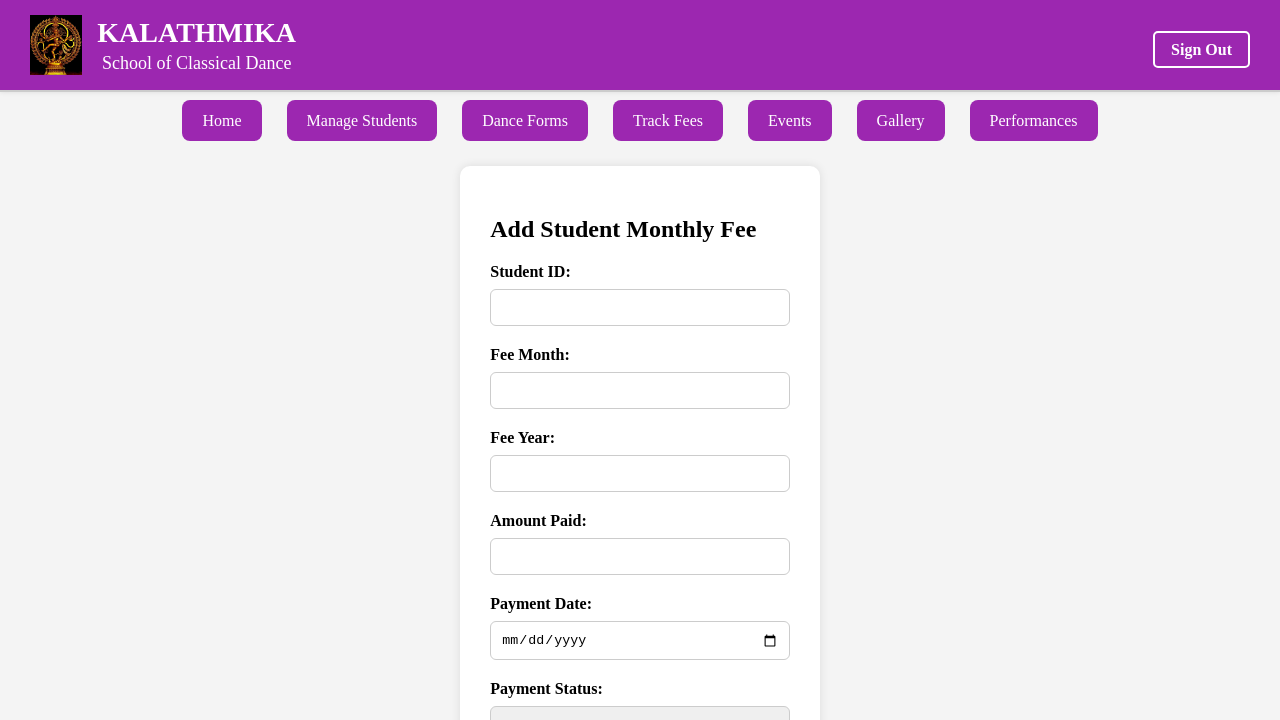
Repository: ammubancilal/LUMINAR-JDK17-STS4-SPRINGBOOT-KALATHMIKA-DANCESCHOOL
Page: http://localhost/springboot-jsp-kalathmika/WEB-INF/jsp/addStudentFee.jsp
The author's editor kept a copy of each file at every save. The page is drawn from the files as they stood at one save, then again after the next save.
The browser window is 1280 px wide. The pictures show the whole page.
An inner scrolling area shows only its first screen. The page is served by Tomcat 9. Nobody is signed in. Other server files are loaded and not shown. The template is opened directly, without the code that normally fills it, so the values that code supplies are empty.

Above is the page before, as saved 2025-04-25 05:39:59.

### springboot-jsp-kalathmika/src/main/webapp/WEB-INF/jsp/addStudentFee.jsp
<%@ page contentType="text/html;charset=UTF-8" language="java" %>
<%@ include file="header.jsp" %>
<!DOCTYPE html>
<html>
<head>
    <title>Add New Student</title>
    <style>
     ul.nav-menu {
            list-style-type: none;
            padding: 0;
            margin: 20px auto 0 auto;
            display: flex;
            justify-content: center;
            gap: 25px;
        }

        ul.nav-menu li a {
            text-decoration: none;
            background-color: #9C27B0;
            color: white;
            padding: 12px 20px;
            border-radius: 8px;
        }

        ul.nav-menu li a:hover {
            background-color: #7B1FA2;
        }
        /* body {
            font-family: Arial, sans-serif;
            background: #f2f2f2;
            padding: 30px;
        }
 */
        .form-container {
            max-width: 600px;
            margin: auto;
            background: white;
            padding: 30px;
            box-shadow: 0 0 10px rgba(0,0,0,0.1);
            border-radius: 10px;
        }



        input, select, textarea {
            width: 100%;
            padding: 10px;
            margin-top: 8px;
            margin-bottom: 20px;
            border: 1px solid #ccc;
            border-radius: 6px;
        }

        label {
            font-weight: bold;
        }

        .btn-submit {
            background-color: #9C27B0;
            color: white;
            padding: 12px;
            border: none;
            border-radius: 8px;
            cursor: pointer;
            width: 100%;
        }

        .btn-submit:hover {
            background-color: #7B1FA2;
        }
    </style>
</head>
<body>

<nav>
    <ul class="nav-menu">
    <li><a href="/admin/dashboard">Home</a></li>
        <li><a href="/admin/manageStudents">Manage Students</a></li>
        <li><a href="/admin/danceForms">Dance Forms</a></li>
        <li><a href="/admin/trackFees">Track Fees</a></li>
        <li><a href="/admin/Events">Events</a></li>
        <li><a href="/admin/Gallery">Gallery</a></li>
        <li><a href="/admin/Performances">Performances</a></li>
    </ul>
</nav>
<br><br>
<div class="form-container">
    <h2>Add Student Monthly Fee</h2>
     <!-- Fee Entry Form -->
    <form action="/submitStudentFee" method="post">
        <!-- Student ID -->
        <div>
            <label for="studentId">Student ID:</label>
            <input type="text" id="studentId" name="studentId" required>
        </div>

        <!-- Fee Month -->
        <div>
            <label for="feeMonth">Fee Month:</label>
            <input type="text" id="feeMonth" name="feeMonth" required>
        </div>

        <!-- Fee Year -->
        <div>
            <label for="feeYear">Fee Year:</label>
            <input type="text" id="feeYear" name="feeYear" required>
        </div>

        <!-- Fee Amount Paid -->
        <div>
            <label for="feeAmountPaid">Amount Paid:</label>
            <input type="number" id="feeAmountPaid" name="feeAmountPaid" required>
        </div>

        <!-- Fee Payment Date -->
        <div>
            <label for="feePaymentDate">Payment Date:</label>
            <input type="date" id="feePaymentDate" name="feePaymentDate" required>
        </div>

        <!-- Fee Payment Status -->
        <div>
            <label for="feePaymentStatus">Payment Status:</label>
            <select id="feePaymentStatus" name="feePaymentStatus" required>
                <option value="paid">Paid</option>
                <option value="pending">Pending</option>
                <option value="partial">Partial</option>
            </select>
        </div>

        <!-- Submit Button -->
        <div>
            <button type="submit">Submit Fee</button>
        </div>
    </form>
</div>

</body>
</html>
<%@ include file="footer.jsp" %>

### springboot-jsp-kalathmika/src/main/webapp/WEB-INF/jsp/header.jsp
<%@ page contentType="text/html;charset=UTF-8"%>
<!DOCTYPE html>
<html lang="en">
<head>
    <meta charset="UTF-8">
    <meta name="viewport" content="width=device-width, initial-scale=1.0">
    <title>Kalathmika Admin Dashboard</title>
    <style>
       html, body {
    height: 100%;
    margin: 0;
    padding: 0;
    overflow-x: hidden; /* 👈 Prevents horizontal scroll */
    box-sizing: border-box; /* 👈 Makes widths/paddings behave properly */
    background-color: #f4f4f4;
}

* {
    box-sizing: inherit;
    max-width: 100%; /* Prevents child elements from breaking the layout */
}

        /* Header section styling */
        .header {
            background-color: #9C27B0;
            padding: 15px 30px;
            display: flex;
            justify-content: space-between;
            align-items: center;
            box-shadow: 0 2px 5px rgba(0, 0, 0, 0.1);
            color: white;
            flex-wrap: wrap;
            width: 100%; /* Add this */

        }

        .header-left {
            display: flex;
            align-items: center;
            gap: 15px;
        }

        .header-left img {
            height: 60px;
            width: auto;
        }

        .text-block {
            display: flex;
            flex-direction: column;
            justify-content: center;
            text-align: center;
        }

        .text-block h1 {
            margin: 0;
            font-size: 28px;
            font-weight: bold;
        }

        .text-block h2 {
            margin: 4px 0 0 0;
            font-size: 18px;
            font-weight: normal;
        }

        .header-right {
            margin-top: 10px;
        }

        .header-right a {
            text-decoration: none;
            color: white;
            font-weight: bold;
            padding: 8px 16px;
            border: 2px solid white;
            border-radius: 5px;
            transition: background-color 0.3s, color 0.3s;
        }

        .header-right a:hover {
            background-color: white;
            color: #9C27B0;
        }

        hr {
            border: 1px solid #ccc;
            margin: 0;
        }

        /* Responsive design */
        @media (max-width: 600px) {
            .header {
                flex-direction: column;
                text-align: center;
            }

            .header-left {
                flex-direction: column;
                align-items: center;
            }

            .header-right {
                margin-top: 10px;
            }

            .text-block h1 {
                font-size: 22px;
            }

            .text-block h2 {
                font-size: 16px;
            }
        }
    </style>
</head>
<body>

    <div class="header">
        <div class="header-left">
            <img src="${pageContext.request.contextPath}/images/nadaraja.jpg" alt="Kalathmika Logo">
            <div class="text-block">
                <h1>KALATHMIKA</h1>
                <h2>School of Classical Dance</h2>
            </div>
        </div>
        <div class="header-right">
            <a href="${pageContext.request.contextPath}/index">Sign Out</a>
        </div>
    </div>

    <hr>

</body>
</html>

### springboot-jsp-kalathmika/src/main/webapp/WEB-INF/jsp/footer.jsp
<%@ page contentType="text/html;charset=UTF-8" %>
<!DOCTYPE html>
<html lang="en">
<head>
    <meta charset="UTF-8">
    <meta name="viewport" content="width=device-width, initial-scale=1.0">
    <title>Kalathmika Footer</title>
    <style>
        /* General styling for the body and layout */
        html, body {
            height: 100%; /* Ensures the body takes up the full height of the screen */
            margin: 0; /* Removes default margin */
            display: flex;
            flex-direction: column; /* Stacks the content vertically */
        }

        /* Main content area */
        .content {
            flex-grow: 1; /* Takes up the remaining space to push the footer to the bottom */
        }

        /* Footer section styling */
        .footer {
            text-align: center;
            padding: 20px;
            font-size: 16px;
            color: #fff;
            background-color: #9C27B0;
            border-top: 1px solid #ccc;
            margin-top: auto; /* Push footer to bottom if there's space */
        width: 100%;
        }

        .footer a {
            color: #fff;
            text-decoration: none;
        }

        .footer a:hover {
            text-decoration: underline;
        }
    </style>
</head>
<body>

   <!--  <div class="content">
        Your main content goes here

    </div> -->

    <div class="footer">
        &copy; 2025 Kalathmika Dance School. All rights reserved.
    </div>

</body>
</html>

After the next save:
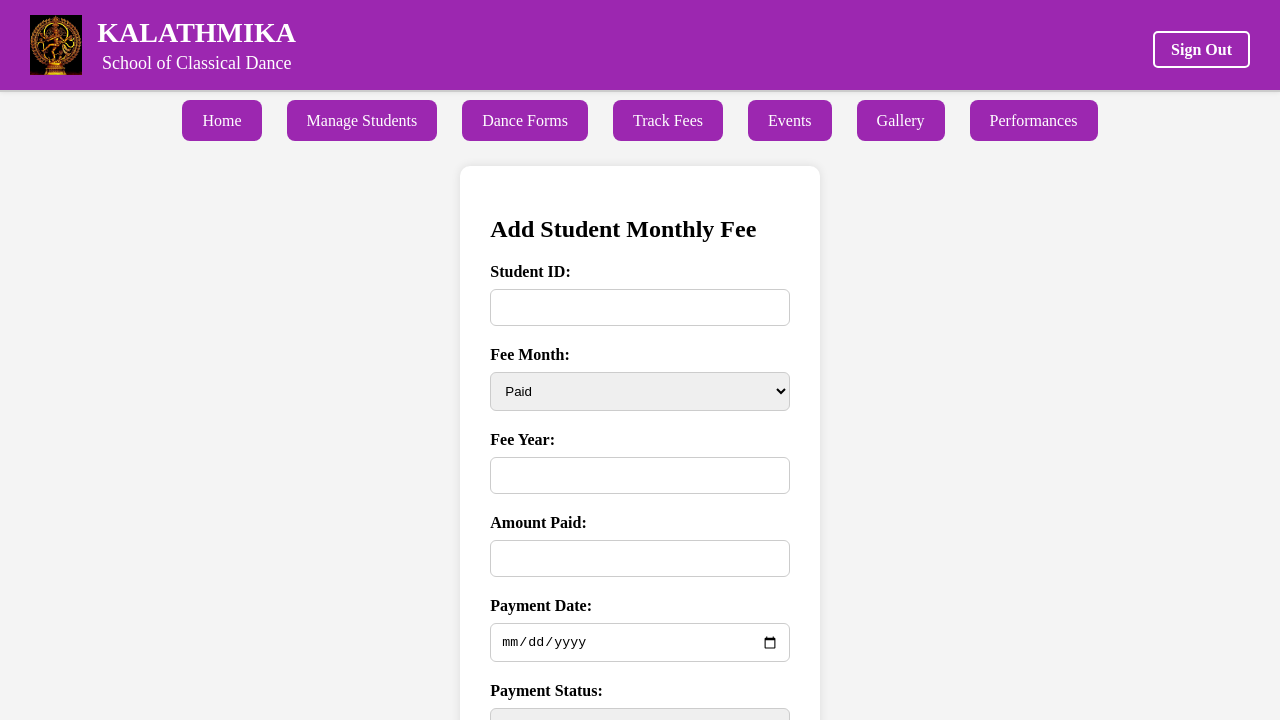
Saved 87 s later.
--- a/springboot-jsp-kalathmika/src/main/webapp/WEB-INF/jsp/addStudentFee.jsp
+++ b/springboot-jsp-kalathmika/src/main/webapp/WEB-INF/jsp/addStudentFee.jsp
@@ -97,7 +97,11 @@
         <!-- Fee Month -->
         <div>
             <label for="feeMonth">Fee Month:</label>
-            <input type="text" id="feeMonth" name="feeMonth" required>
+           <select id="feeMonth" name="feeMonth" required>
+                <option value="paid">Paid</option>
+                <option value="pending">Pending</option>
+                <option value="partial">Partial</option>
+            </select>
         </div>
 
         <!-- Fee Year -->
